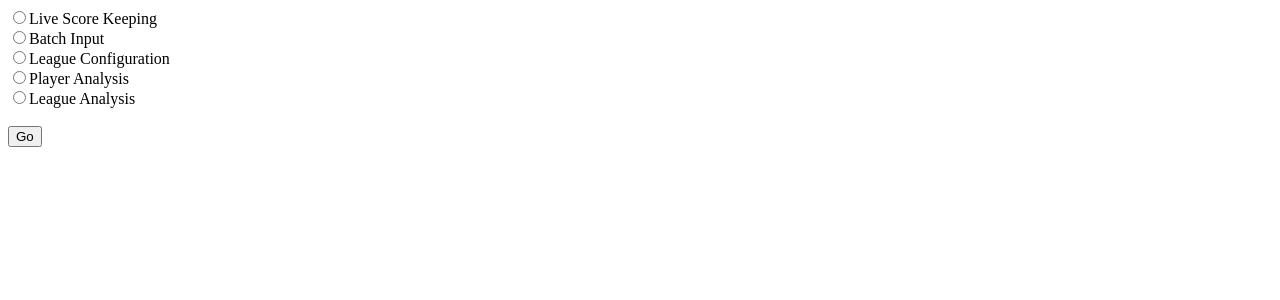
Repository: FredGlozman/SwiftScore
Page: SwiftScore/Website.html
The author's editor kept a copy of each file at every save. The page is drawn from the files as they stood at one save, then again after the next save.
The browser window is 1280 px wide. The pictures show the whole page.

Above is the page before, as saved 2015-12-02 00:15:10.

### SwiftScore/Website.html
<html>
<head>
	<title>SwiftScore</title>
</head>

<form action="PHP.php" method="post">
   <input type="radio" name = "UseCase" value="1">Live Score Keeping
  <br>
  <input type="radio" name = "UseCase" value="2">Batch Input
  <br>
  <input type="radio" name = "UseCase" value="3">League Configuration
  <br>
  <input type="radio" name = "UseCase" value="4">Player Analysis
  <br>
  <input type="radio" name = "UseCase" value="5">League Analysis
  <br><br>
  <input type= "submit" value= "Go">
</form>

</body>
</html>

After the next save:
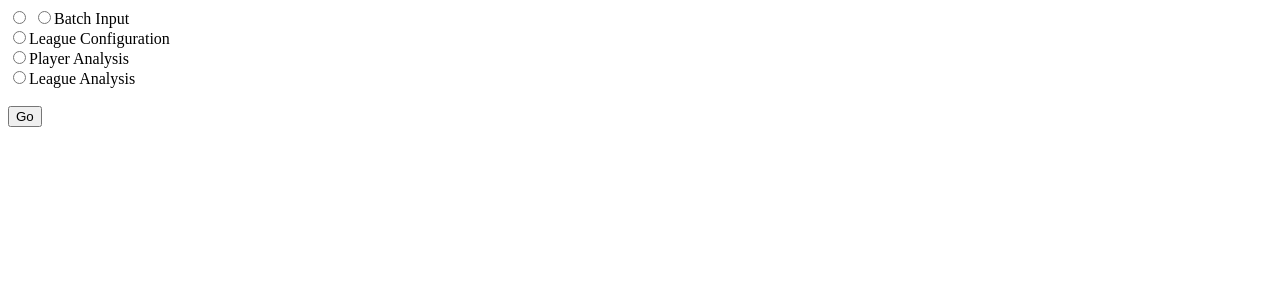
Saved 11 min 17 s later.
--- a/SwiftScore/Website.html
+++ b/SwiftScore/Website.html
@@ -4,7 +4,7 @@
 </head>
 
 <form action="PHP.php" method="post">
-   <input type="radio" name = "UseCase" value="1">Live Score Keeping
+   <input type="radio" name = "Live Score Keeping" value="1"
   <br>
   <input type="radio" name = "UseCase" value="2">Batch Input
   <br>

After the save that followed:
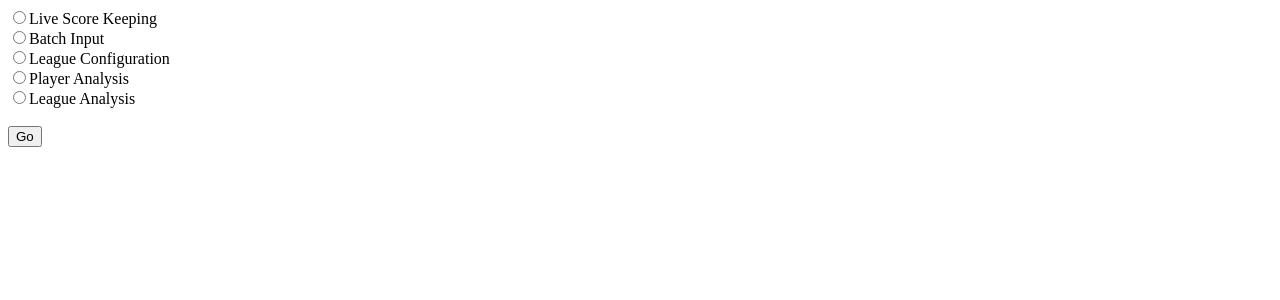
Saved 4 s later.
--- a/SwiftScore/Website.html
+++ b/SwiftScore/Website.html
@@ -4,7 +4,7 @@
 </head>
 
 <form action="PHP.php" method="post">
-   <input type="radio" name = "Live Score Keeping" value="1"
+   <input type="radio" name = "UseCase" value="1">Live Score Keeping
   <br>
   <input type="radio" name = "UseCase" value="2">Batch Input
   <br>
